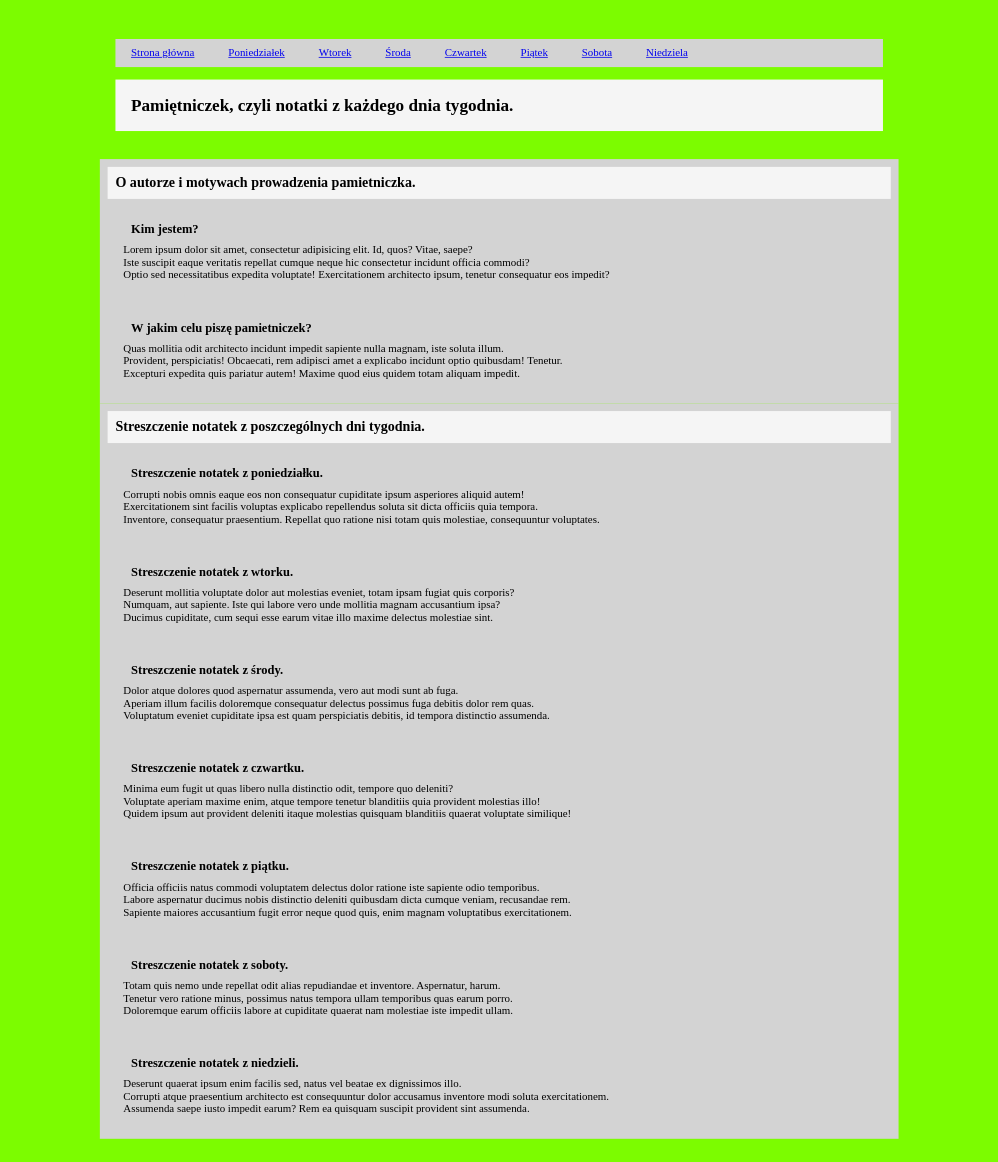
Repository: ArturNatwora/hompage
Page: index.html
These files come from the project's save history. The page is drawn as it stood at one moment and after the next save; the edit follows.
The browser window is 1280 px wide. The pictures show the whole page, at 78% of full size.

Above is the page before, as saved 2019-06-11 18:58:54.

After the next save:
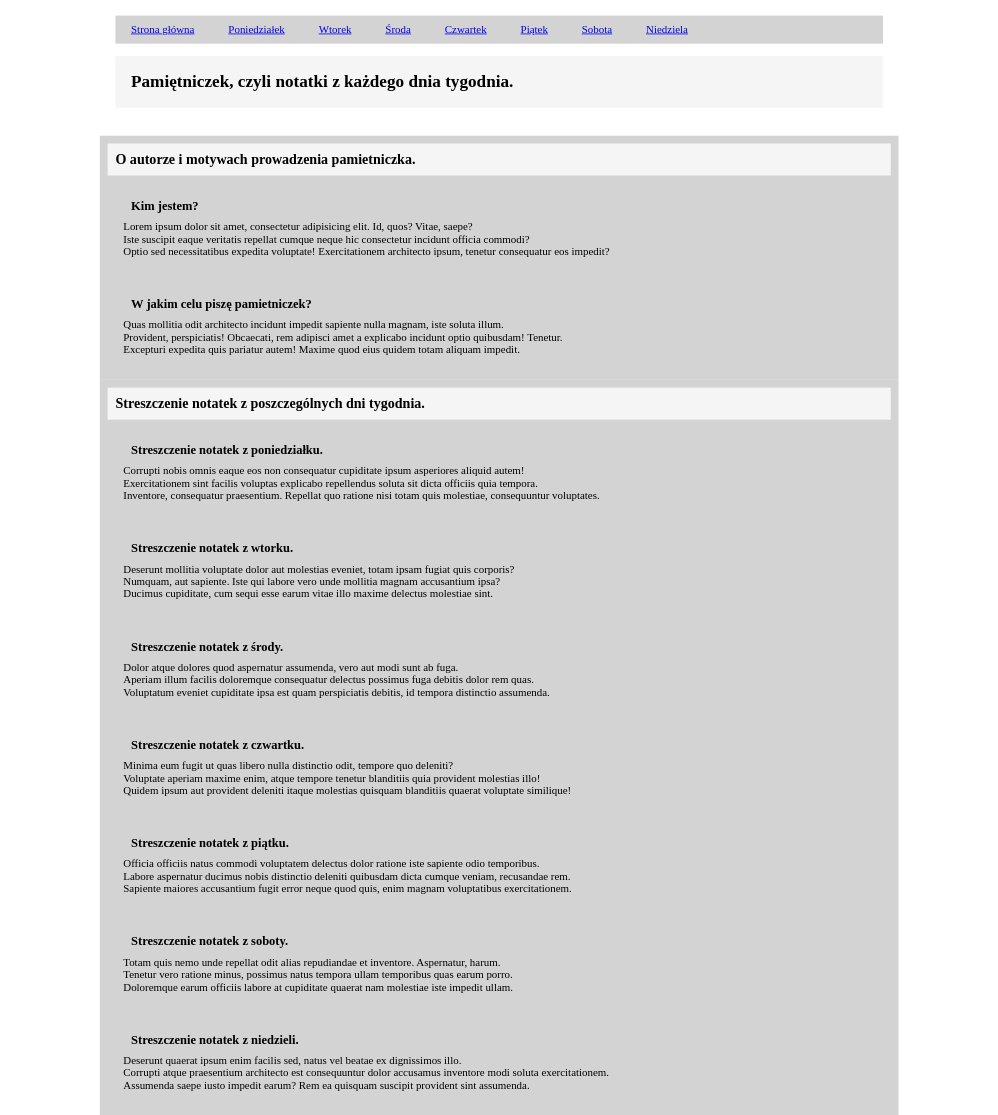
Saved 94 s later.
--- a/index.css
+++ b/index.css
@@ -9,8 +9,8 @@
 
 body{
     width: 80%;
-    margin: 30px auto;
-    background: lawngreen;
+    margin:  auto;
+
 }
 
 .bodyHeader {
